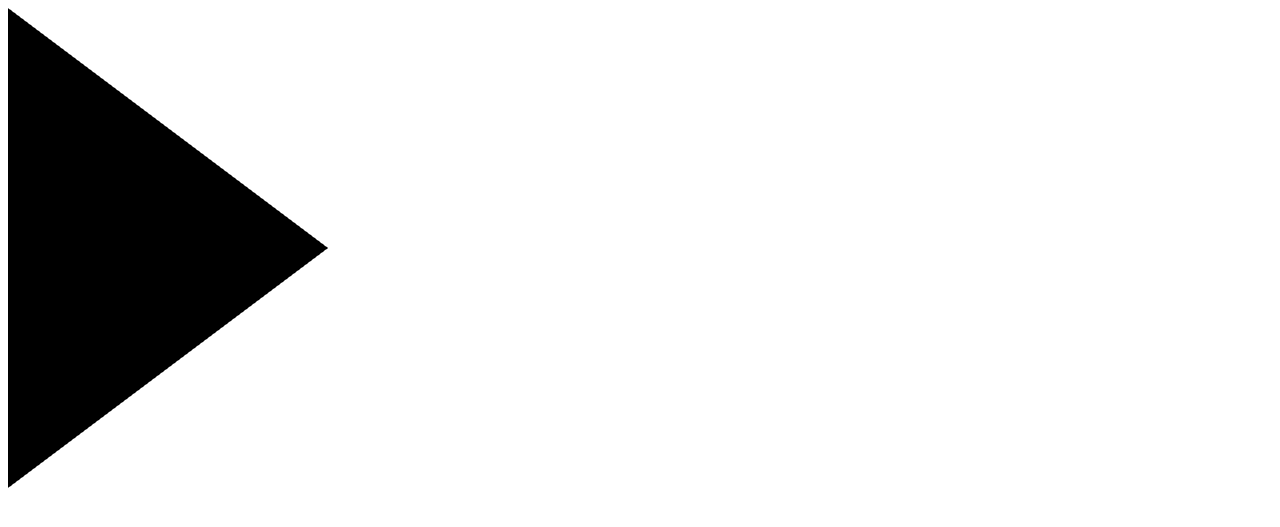
Repository: ChristeZeng/ComputerGraphics
Page: Lab2/Test.html
An editor plug-in stored every save of this project. The page is shown before and after the next save, followed by the edit.
The browser window is 1280 px wide. The pictures show the whole page.

Above is the page before, as saved 2021-10-02 16:34:28.

After the next save:
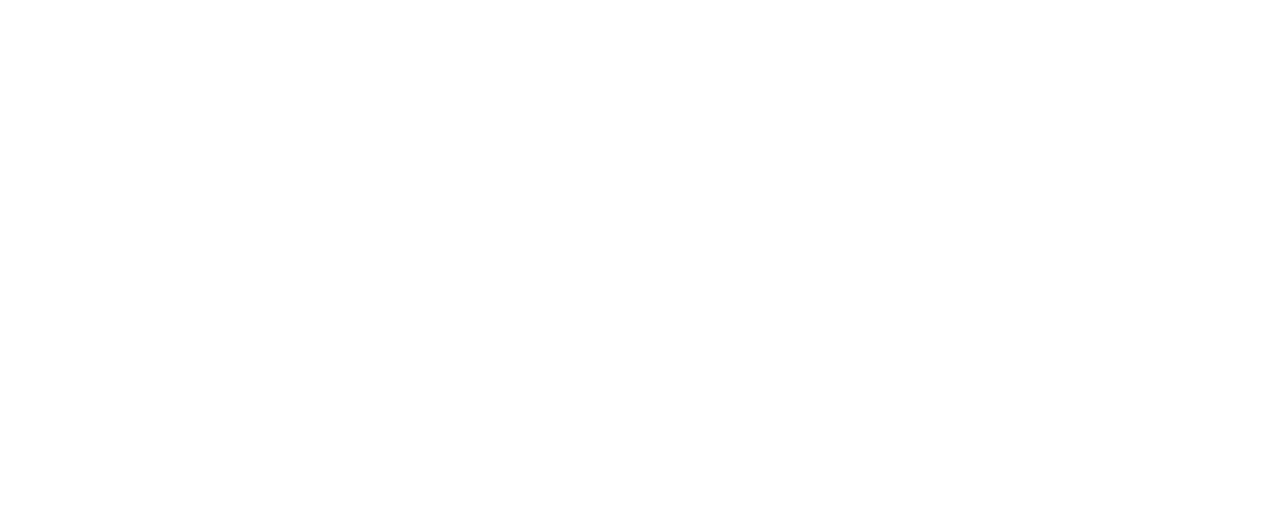
Saved 45 s later.
--- a/Lab2/Test.js
+++ b/Lab2/Test.js
@@ -107,5 +107,5 @@
     gl.useProgram(shaderProgram);
 
     //利用TRIANGLE_STRIP参数三角拟合
-    gl.drawArrays(gl.TRIANGLE_FAN, 0, 4);
+    gl.drawArrays(gl.TRIANGLE_STRIP, 0, 4);
 }

After the save that followed:
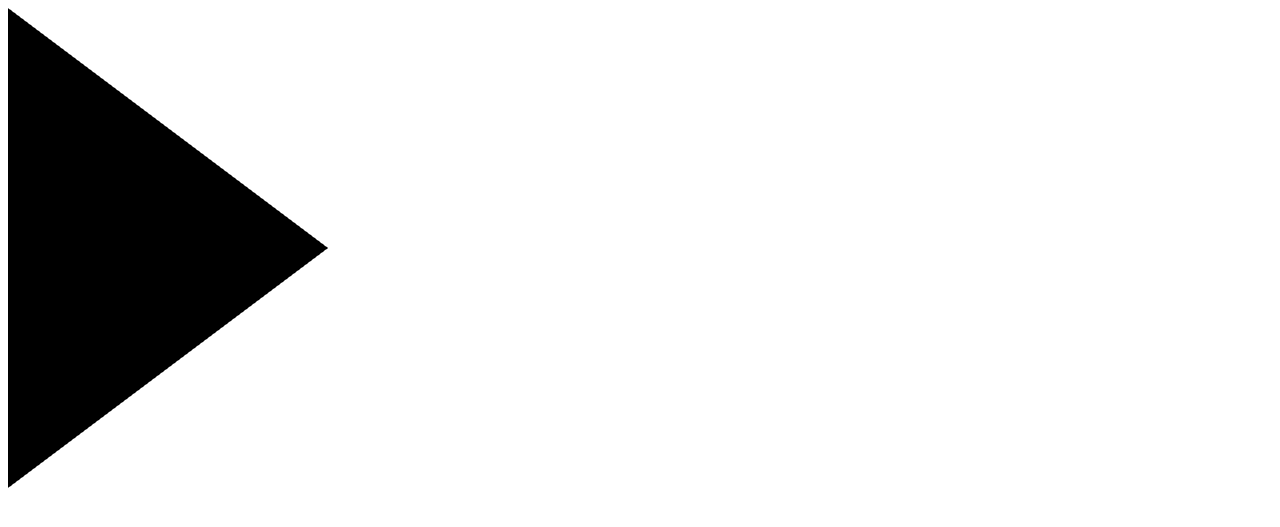
Saved 5 min 30 s later.
--- a/Lab2/Test.js
+++ b/Lab2/Test.js
@@ -1,6 +1,8 @@
 function main()
 {
+    //获取canvas元素
     var canvas = document.getElementById('gl-canvas');
+    //获取webgl上下文
     var gl = canvas.getContext("webgl");
     if(!gl)
     {
@@ -9,11 +11,11 @@
     }
 
     const vsSource = `
-    attribute vec2 position;
-    void main()
-    {
-        gl_Position = vec4(position, 0.0, 1.0);
-    }
+        attribute vec4 position;
+        void main()
+        {
+            gl_Position = position;
+        }
     `;
 
     const fsSource = `
@@ -23,14 +25,13 @@
         }
     `;
 
-    //alert("ShaderProgram1");
+    //初始化着色器
     const shaderProgram = initShaderProgram(gl, vsSource, fsSource);
 
-
     var position = gl.getAttribLocation(shaderProgram, 'position');
-    alert(position);
+    //设置顶点缓冲区
     const buffers = initBuffers(gl);
-
+    //绘制图像
     drawBasic(gl, buffers, position, shaderProgram);
 
 }
@@ -75,9 +76,6 @@
 
 function initBuffers(gl)
 {
-    const positionBuffer = gl.createBuffer();
-    gl.bindBuffer(gl.ARRAY_BUFFER, positionBuffer);
-
     var vertices = [
         1.0,  1.0,
         -1.0, 1.0,
@@ -85,27 +83,28 @@
         -1.0, -1.0,
     ];
 
+    //创建缓冲区对象
+    const positionBuffer = gl.createBuffer();
+    //将缓冲区对象绑定到目标
+    gl.bindBuffer(gl.ARRAY_BUFFER, positionBuffer);
+    // 向缓冲区对象写入数据
     gl.bufferData(gl.ARRAY_BUFFER, new Float32Array(vertices), gl.STATIC_DRAW);
     return {position: positionBuffer};
 }
 
 function drawBasic(gl, buffers, position, shaderProgram)
 {
-    gl.clearColor(0.0, 0.0, 0.0, 1.0);  // Clear to black, fully opaque
-    gl.clearDepth(1.0);                 // Clear everything
-    gl.enable(gl.DEPTH_TEST);           // Enable depth testing
-    gl.depthFunc(gl.LEQUAL);            // Near things obscure far things
-    gl.clear(gl.COLOR_BUFFER_BIT | gl.DEPTH_BUFFER_BIT);
+    //将背景重置为黑色
+    gl.clearColor(0.0, 0.0, 0.0, 1.0);
+    //清除canvas
+    gl.clear(gl.COLOR_BUFFER_BIT);
 
 
     gl.bindBuffer(gl.ARRAY_BUFFER, buffers.position);
-
     gl.vertexAttribPointer(position, 2, gl.FLOAT, false, 0, 0);
-    alert("ShaderProgram2");
     gl.enableVertexAttribArray(position);
-    alert("ShaderProgram2");
     gl.useProgram(shaderProgram);
 
     //利用TRIANGLE_STRIP参数三角拟合
-    gl.drawArrays(gl.TRIANGLE_STRIP, 0, 4);
+    gl.drawArrays(gl.TRIANGLE_FAN, 0, 4);
 }
